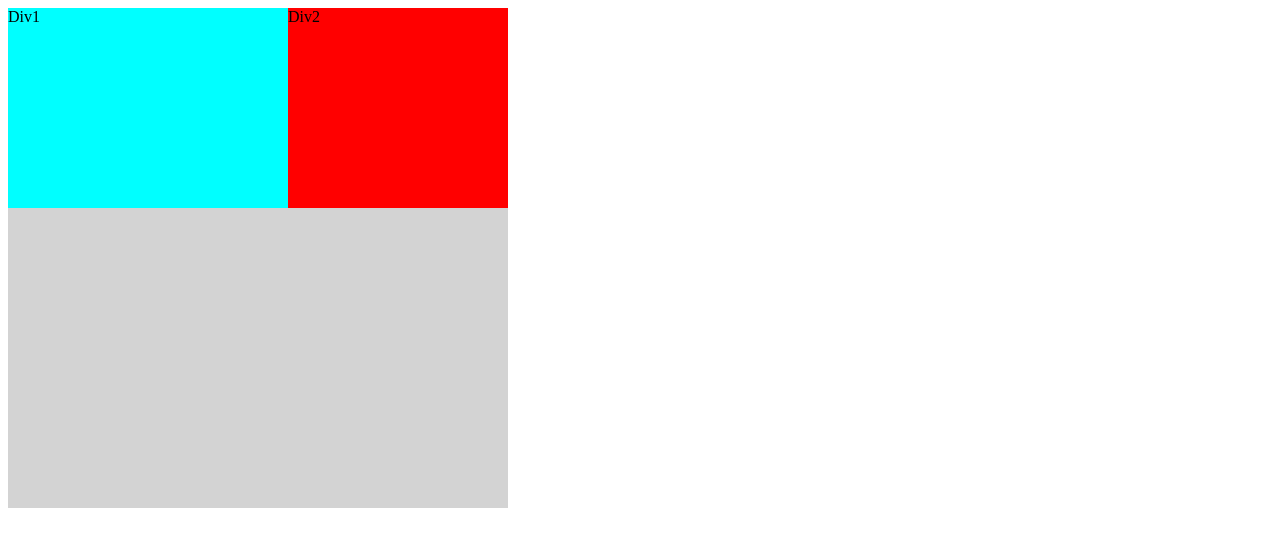
Repository: Sayan-100/Javascript
Page: Flex grow and shrink/index.html
These files come from the project's save history. The page is drawn as it stood at one moment and after the next save; the edit follows.
The browser window is 1280 px wide. The pictures show the whole page.

Above is the page before, as saved 2021-12-31 14:53:21.

### Flex grow and shrink/index.html
<!DOCTYPE html>
<html lang="en">

<head>
    <meta charset="UTF-8">
    <meta http-equiv="X-UA-Compatible" content="IE=edge">
    <meta name="viewport" content="width=device-width, initial-scale=1.0">
    <link rel="stylesheet" href="style.css">
    <title>Document</title>
</head>

<body>
    <div id="container">
        <div id="div1">
            Div1
        </div>
        <div id="div2">
            Div2
        </div>
        <!-- <div id="div3">
            Div3
        </div>
        <div id="div4">
            Div4
        </div>
        <div id="div5">
            Div5
        </div> -->
    </div>
</body>

</html>

### Flex grow and shrink/style.css
#container {
    height: 500px;
    width: 500px;
    background-color: lightgrey;
    display: flex;
}

#container div {
    height: 200px;
    width: 200px;
}

#div1 {
    background-color: cyan;
    /* adjust the containers such that they occupy the remaining spaces */
    /* flex-grow: 1; */
    flex-grow: 4;
    /*(4/ 5 th space) */
}

#div2 {
    background-color: red;
    flex-grow: 1;
    /*(1/ 5 th space)*/
}


/* total containers are two so if flex grow is 1 for both so 1 / 2 space will
be occupied by every div */

After the next save:
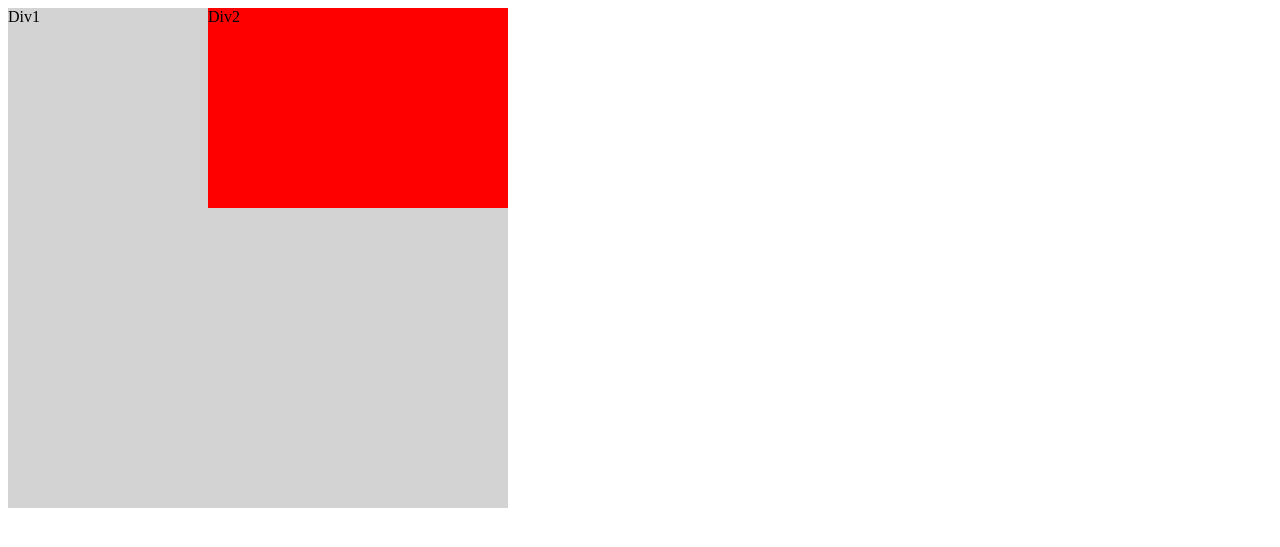
Saved 70 s later.
--- a/Flex grow and shrink/style.css
+++ b/Flex grow and shrink/style.css
@@ -10,13 +10,24 @@
     width: 200px;
 }
 
-#div1 {
-    background-color: cyan;
-    /* adjust the containers such that they occupy the remaining spaces */
-    /* flex-grow: 1; */
-    flex-grow: 4;
-    /*(4/ 5 th space) */
-}
+
+/* #div1 {
+    background-color: cyan; */
+
+
+/* adjust the containers such that they occupy the remaining spaces */
+
+
+/* flex-grow: 1; */
+
+
+/* flex-grow: 4; */
+
+
+/*(4/ 5 th space) */
+
+
+/* } */
 
 #div2 {
     background-color: red;
